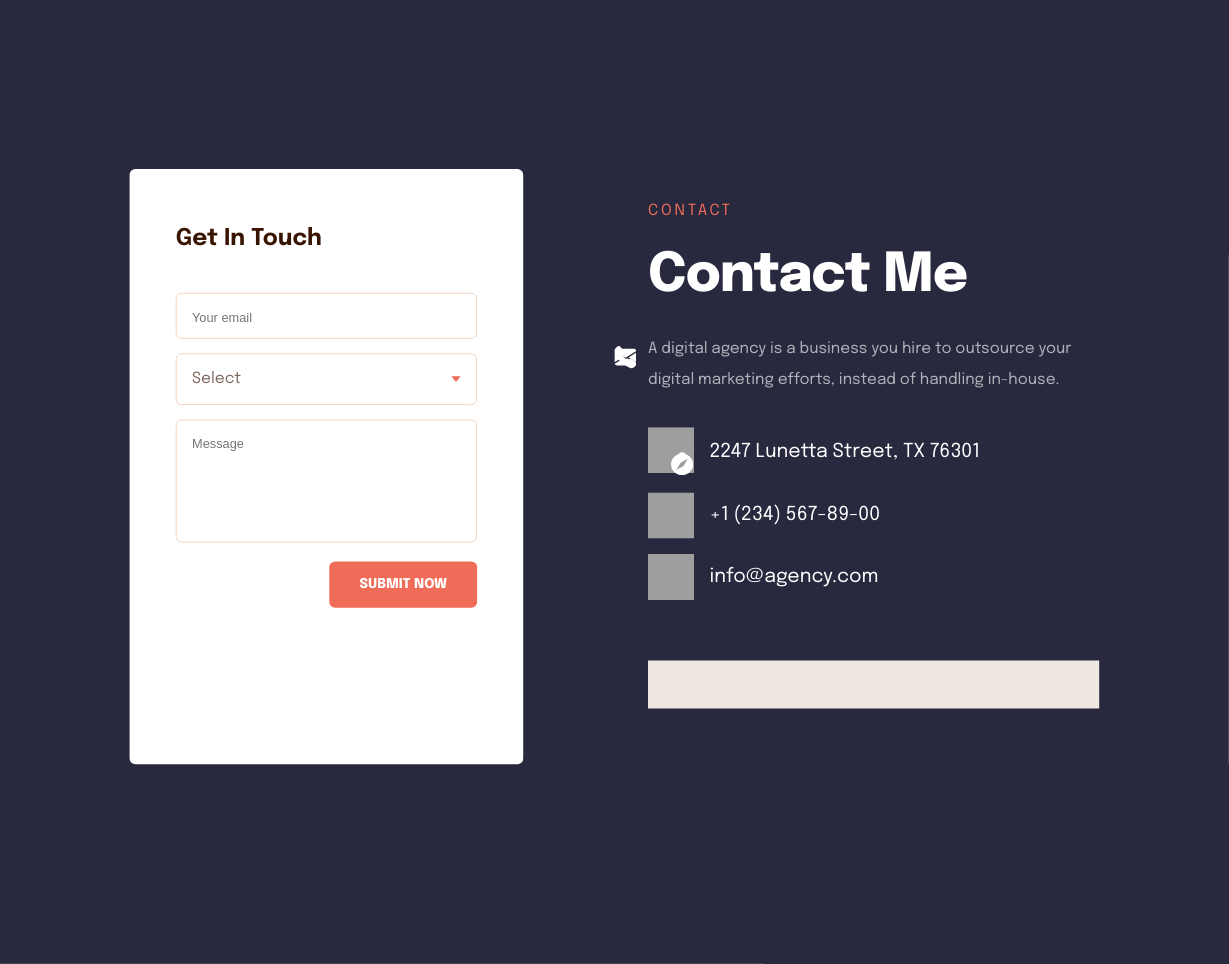
Repository: NatiqSamiyev/form-task-2
Page: index.html
The author's editor kept a copy of each file at every save. The page is drawn from the files as they stood at one save, then again after the next save.
The browser window is 1280 px wide. The pictures show the whole page, at 96% of full size.
Pictures or frames that could not be fetched are drawn as grey boxes. Some web fonts or font styles are not loaded; a fallback is used.

Above is the page before, as saved 2023-10-30 11:50:49.

### index.html
<!DOCTYPE html>
<html lang="en">
  <head>
    <meta charset="UTF-8" />
    <meta name="viewport" content="width=device-width, initial-scale=1.0" />
    <title>Document</title>
    <link rel="stylesheet" href="index.css" />
  </head>
  <body>
    <div class="contact-container">
      <form action="">
        <h1>Get In Touch</h1>
        <label for="">
          <input type="email" placeholder="Your email" class="email-input" />
        </label>

        <div class="select-option-box">
          <div class="select-box">
            <button type="button">Select</button>
            <svg
            class="no-rotate"
              xmlns="http://www.w3.org/2000/svg"
              width="10"
              height="6"
              viewBox="0 0 10 6"
              fill="none"
             >

              <path d="M5 6L10 0H0L5 6Z" fill="#EF6D58" />
            </svg>
          </div>
          <div class="option-box">
            <p>Option 1</p>
            <p>Option 2</p>
            <p>Option 3</p>
          </div>
        </div>

        <label for="">
          <input type="text-message" placeholder="Message" class="message-input"/>

        </label>



        <button class="submit-btn" type="submit">Submit Now</button>
      </form>

      <div class="info-box">
        <div class="text-box">
          <h2>Contact</h2>
          <h3>Contact Me</h3>
          <p>
            A digital agency is a business you hire to outsource your digital
            marketing efforts, instead of handling in-house.
          </p>
        </div>

        <ul>
          <li>
            <div class="image-box">
              <img class="image-1" src="./image/Oval.svg" alt="" />
              <img class="image-2" src="./image/Shape.svg" alt="" />
            </div>

            <p>2247 Lunetta Street, TX 76301</p>
          </li>

          <li>
            <img class="image-1" src="./image/Oval.svg" alt="" />
            <img class="image-2" src="./image/Path.svg" alt="" />
            <p>+1 (234) 567-89-00</p>
          </li>

          <li>
            <img class="image-1" src="./image/Oval.svg" alt="" />
            <img class="image-2" src="./image/Shape (1).svg" alt="" />
            <p>info@agency.com</p>
          </li>
        </ul>

        <br>
        <div class="bottom-box">



        </div>

      </div>
    </div>
  </body>
  <script src="/index.js"></script>
</html>

### index.css
@import url("https://fonts.googleapis.com/css2?family=Epilogue:wght@400;600;700;800&family=Inter:wght@400;500;600;700&family=Laila:wght@700&family=Open+Sans:wght@400;600;700;800&family=Roboto+Slab:wght@700&family=Roboto:wght@400;700&display=swap");

* {
  margin: 0;
  padding: 0;
  box-sizing: border-box;
}

.contact-container {
  width: 100%;
  min-height: 100vh;
  padding: 176px 135px 208px 135px;
  background: #28293e;
  display: flex;
  justify-content: space-between;
}

form {
  width: 570px;
  padding: 57px 48px 48px 48px;
  border-radius: 6px;
  background: #fff;
  display: flex;
  flex-direction: column;
  gap: 15px;
}

form h1 {
  margin-bottom: 25px;
  color: var(--Text_Dark, #391400);
  font-feature-settings: "clig" off, "liga" off;
  font-family: Epilogue;
  font-size: 24px;
  font-style: normal;
  font-weight: 700;
  line-height: 32px;
}

label {
  width: 100%;
}

input {
  width: 100%;
  height: 48px;
  padding: 9px 15px 7px 16px;
  border-radius: 6px;
  border: 1px solid #f3d1bf;
  background: #fff;
}

.message-input {
  height: 128px;
  padding: 9px 16px 87px 16px;
  margin-bottom: 5px;
}

form .submit-btn {
  width: 154px;
  margin-left: auto;
  height: 48px;
  border-radius: 6px;
  background: #ef6d58;
  border: none;
  color: #fff;
  text-align: center;
  font-family: Epilogue;
  font-size: 14px;
  font-style: normal;
  font-weight: 900;
  line-height: normal;
  text-transform: uppercase;
}

.info-box {
  margin-left: 130px;
  padding: 28px 0 58px 0;
}

.text-box {
  width: 470px;
  margin-bottom: 33px;
}

h2 {
  margin-bottom: 20px;
  color: var(--Text_Light_Accent, #ef6d58);
  font-feature-settings: "clig" off, "liga" off;
  font-family: Epilogue;
  font-size: 16px;
  font-style: normal;
  font-weight: 400;
  line-height: 32px;
  letter-spacing: 3px;
  text-transform: uppercase;
}

h3 {
  margin-bottom: 28px;
  color: var(--Text_Light, #fff);
  font-feature-settings: "clig" off, "liga" off;
  font-family: Epilogue;
  font-size: 56px;
  font-style: normal;
  font-weight: 800;
  line-height: 64px;
  letter-spacing: -1px;
}

.text-box p {
  color: var(--Text_Light_Gray, rgba(255, 255, 255, 0.64));
  font-feature-settings: "clig" off, "liga" off;
  font-family: Epilogue;
  font-size: 16px;
  font-style: normal;
  font-weight: 400;
  line-height: 32px;
}

ul li {
  list-style-type: none;
  display: flex;
  align-items: center;
}
.image-box{
  position: relative;
}
.image-1 {
  width: 48px;
  height: 48px;
  fill: #ef6d58;

}

.image-2 {
  width: 23px;
  height: 24px;
  fill: #fff;
  position: absolute;
top: 50%;
left: 50%;
tr
}

ul li p {
  margin-left: 16px;
  color: var(--Text_Light, #fff);
  font-feature-settings: "clig" off, "liga" off;
  font-family: Epilogue;
  font-size: 20px;
  font-style: normal;
  font-weight: 400;
  line-height: 32px;
}

ul li:nth-child(2) {
  margin-top: 16px;
}

ul li:last-child {
  margin-top: 16px;
}
.select-option-box{
  position: relative;
}
.select-box {
  border-radius: 6px;
  border: 1px solid #f3d1bf;
  background: #fff;
  position: relative;
}
.select-box button {
  width: 100%;
  height: 100%;
  padding: 10px 16px;
  background: none;
  border: none;
  color: var(--Text_Dark_Gray, rgba(57, 20, 0, 0.64));
  font-feature-settings: "clig" off, "liga" off;
  font-family: Epilogue;
  font-size: 16px;
  font-style: normal;
  font-weight: 400;
  line-height: 32px;
  text-align: start;
}
.select-box svg {
  position: absolute;
  right: 16px;
  top: 50%;
  width: 10px;
  height: 10px;
}
.no-rotate{
  transform: translateY(-50%) ;
}
.option-box {
  width: 100%;
  border: 1px solid gray;
  border-radius: 5px;
  padding: 10px;
  margin-top: 5px;
  display: none;
  position: absolute;
  background-color: #fff;
}
.option-box p{
  cursor: pointer;
  margin-bottom: 5px;
}
.active {
  display: block;
}
.rotate {
  transform: translateY(-50%) rotate(180deg);

}
button{
  cursor: pointer;
}
.bottom-box {
  margin-top: 45px;
  width: 100%;
  padding: 25px 20px;
  background-color: #efe7e2;
}

### index.js
let btn = document.querySelector(".submit-btn");
let form = document.querySelector("form");
let emailInput = document.querySelector(".email-input");
// let subjectInput = document.querySelector(".subject-input");
let messageInput = document.querySelector(".message-input");
let selectBtn= document.querySelector('.select-box button')
let optionBox =document.querySelector('.option-box')
let selectSvg= document.querySelector('.select-box svg')
let bottomBox=document.querySelector('.bottom-box')
let optionList= document.querySelectorAll('.option-box p')


// btn.addEventListener("click", submitForm);
form.addEventListener("submit", submitForm);

function submitForm(a) {
  a.preventDefault();
   let p=document.createElement('p')
    // p.innerText=subjectInput
    bottomBox.append(p)

}

// select action
selectBtn.addEventListener('click',showOption)
function showOption() {
  optionBox.classList.toggle('active')
  selectSvg.classList.toggle('no-rotate')
  selectSvg.classList.toggle("rotate")
}


for (let index = 0; index < optionList.length; index++) {
optionList[index].addEventListener('click',()=> selectList(optionList[index]))
}

function selectList(event) {
 console.log(event);
 selectBtn.innerText=event.innerText
 showOption()
}

After the next save:
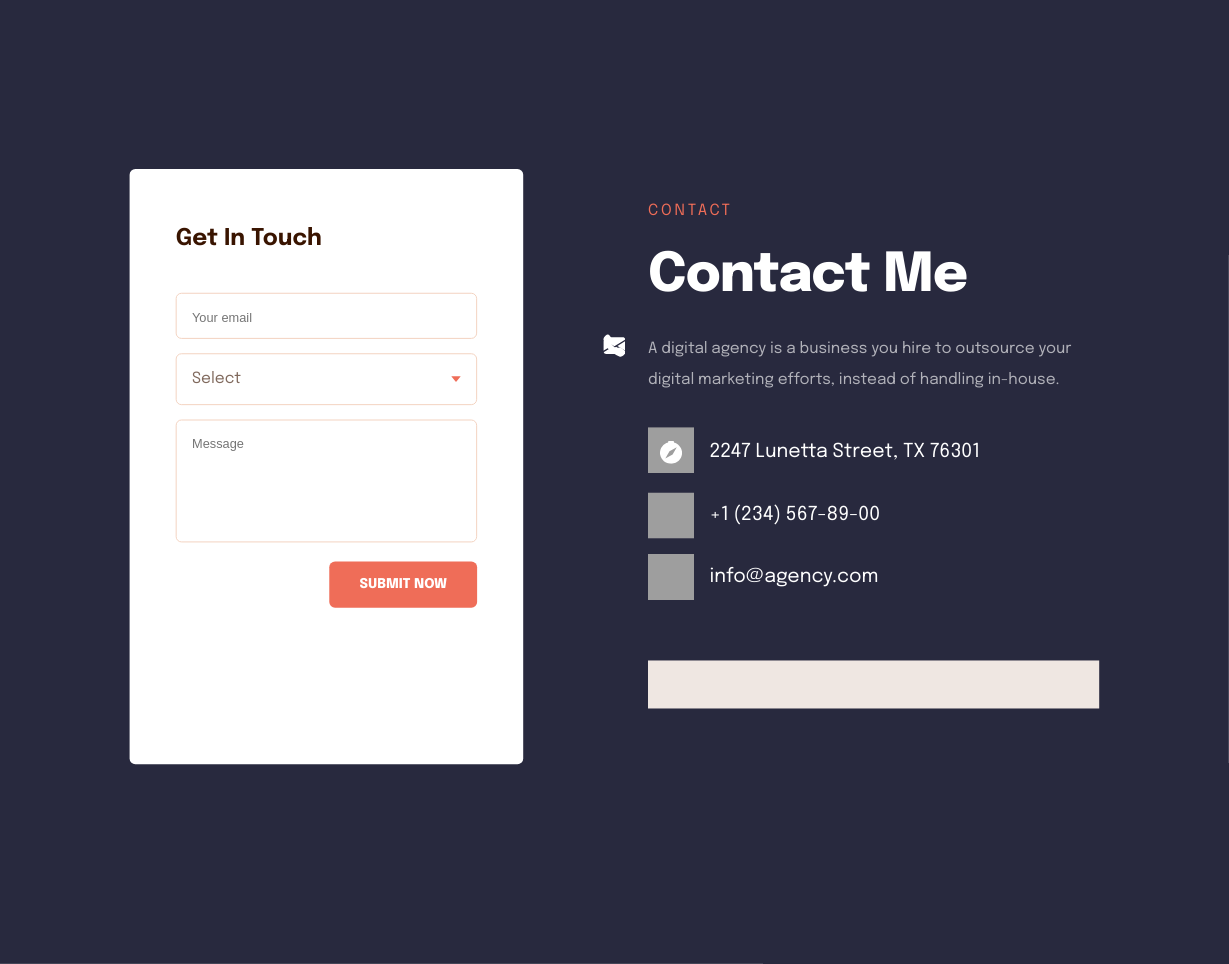
Saved 8 s later.
--- a/index.css
+++ b/index.css
@@ -139,7 +139,7 @@ ul li {
   position: absolute;
 top: 50%;
 left: 50%;
-tr
+transform: translate(-50%,-50%);
 }
 
 ul li p {
